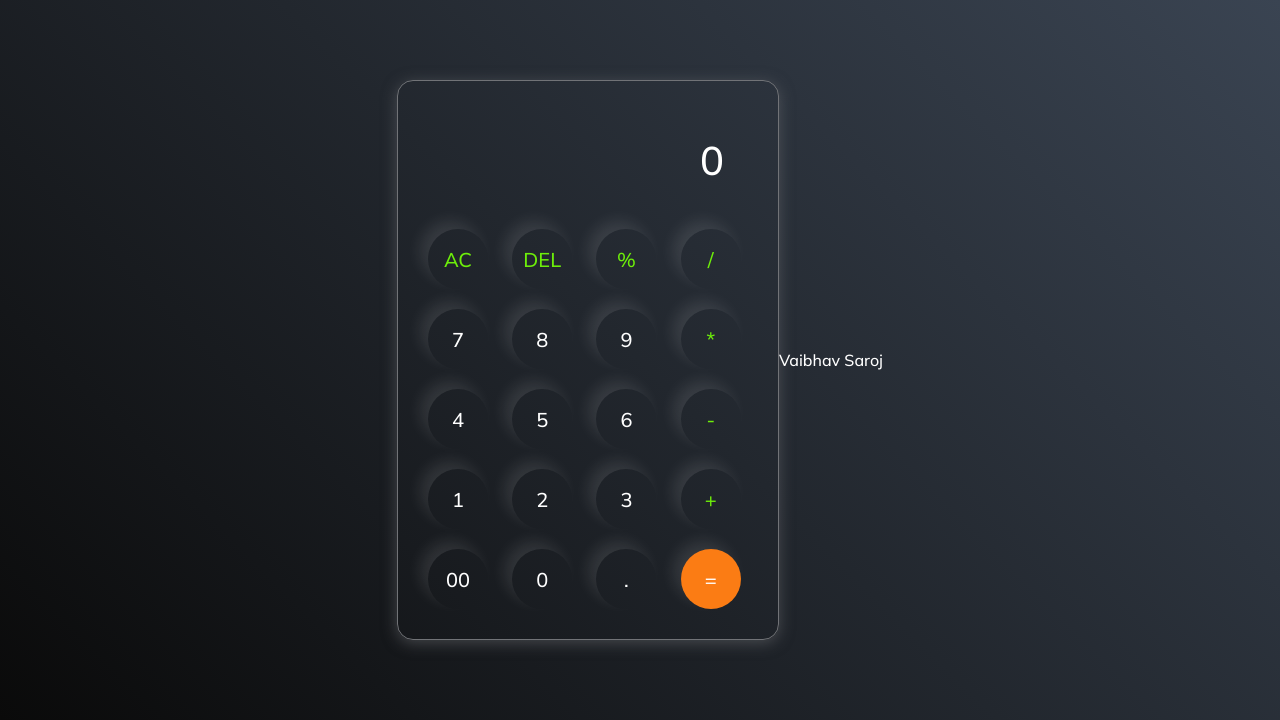
Repository: vaibhav1281/Calculator
Page: index.html
These files come from the project's save history. The page is drawn as it stood at one moment and after a run of saves; the edit follows.
The browser window is 1280 px wide. The pictures show the whole page.

Above is the page before, as saved 2023-05-06 20:39:58.

After the next 2 saves:
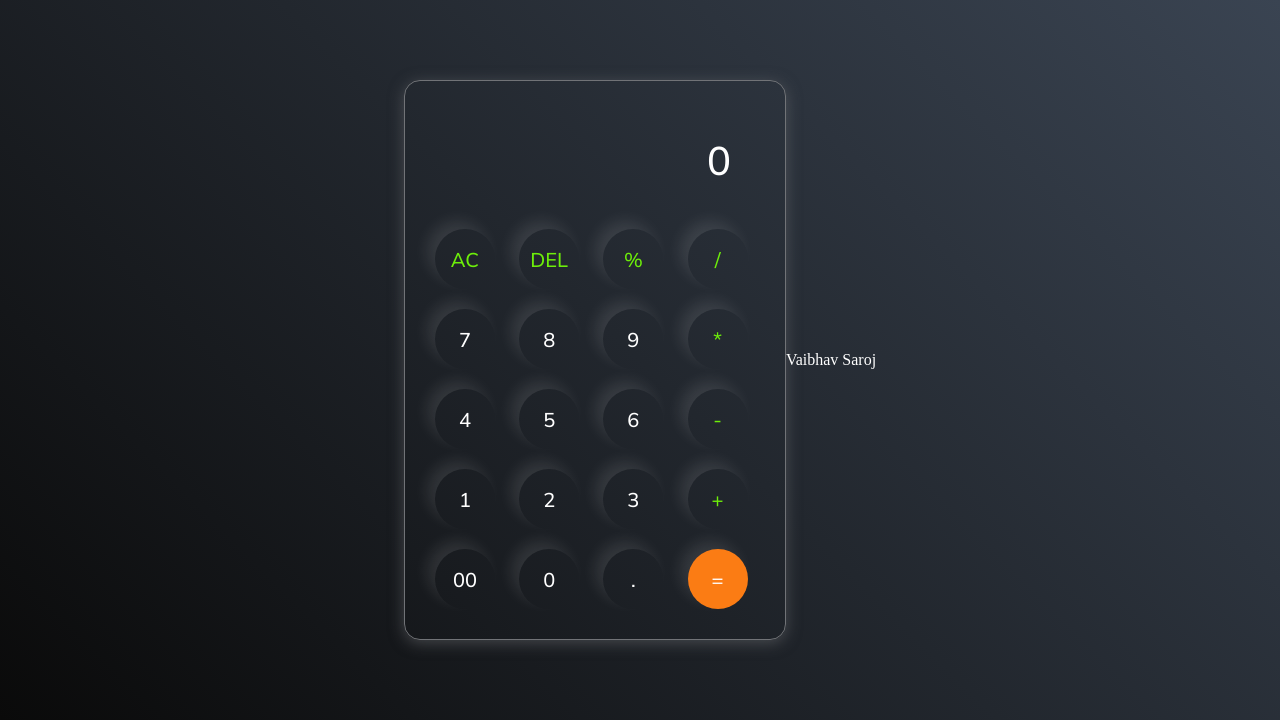
The 2 saves are shown as one change because they came seconds apart.
The last was saved 23 s later.
--- a/styles.css
+++ b/styles.css
@@ -57,5 +57,5 @@
 }
 .name{
     color: white;
-    font-family: ;
+    font-family: mu;
 }

After the save that followed:
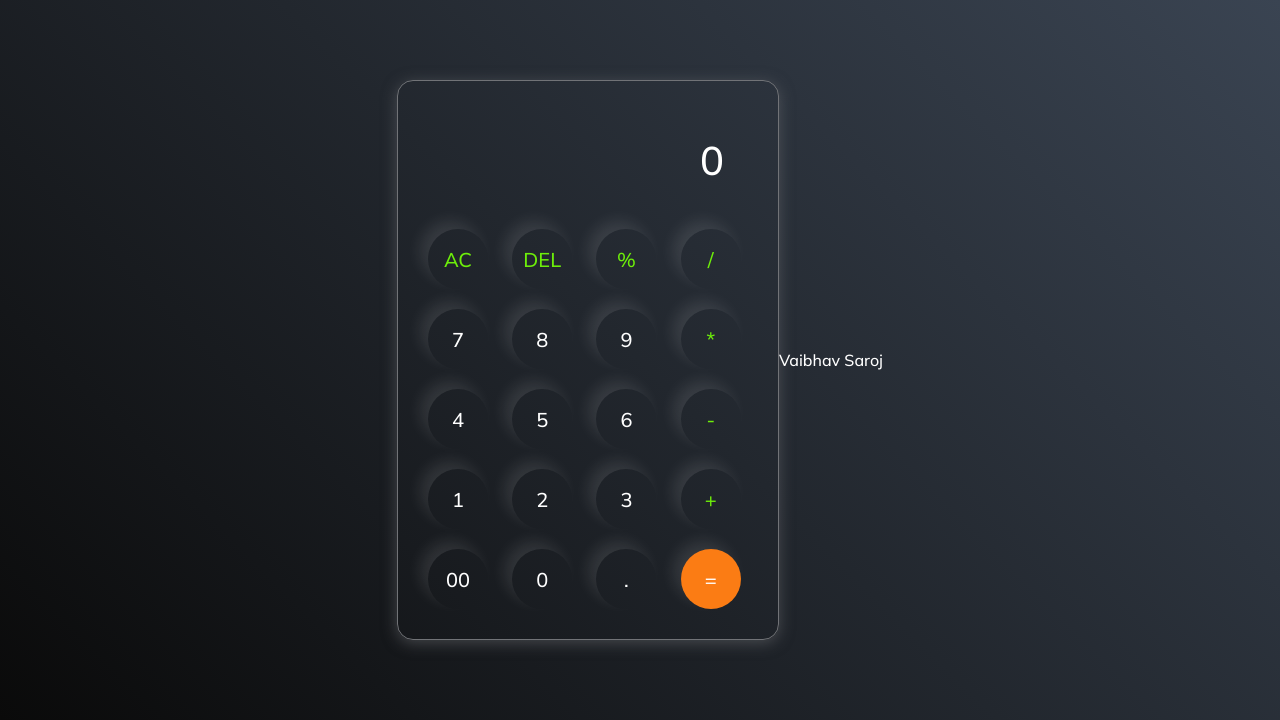
Saved 4 s later.
--- a/styles.css
+++ b/styles.css
@@ -57,5 +57,5 @@
 }
 .name{
     color: white;
-    font-family: mu;
+    font-family: ;
 }
